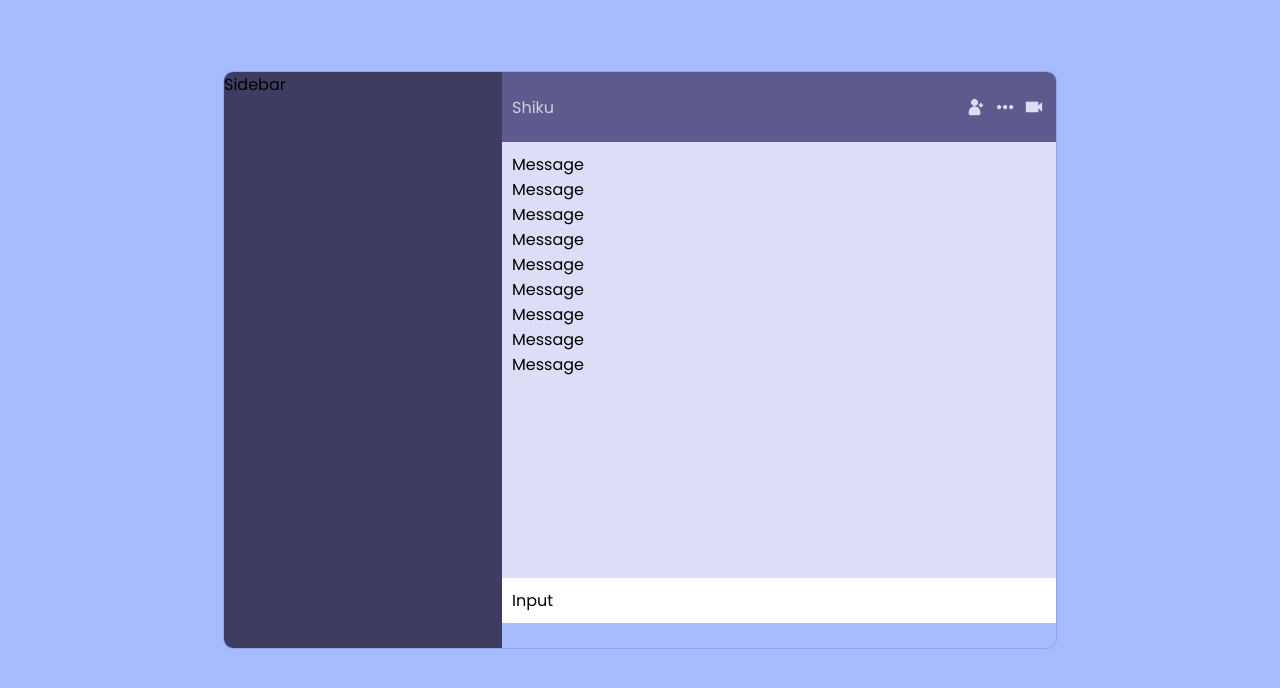
Repository: shikubro90/chatapp
Page: /
These files come from the project's save history. The page is drawn as it stood at one moment and after the next save; the edit follows.
The browser window is 1280 px wide. The pictures show the whole page.
The project was rebuilt for these pictures with package versions that can differ from the ones it lists, and the page was loaded fresh each time. Also part of the build but not shown: src/pages/Login.jsx, src/pages/Register.jsx.

Above is the page before, as saved 2022-09-14 20:21:14.

### src/App.js
import './App.css';
import Login from './pages/Login';
import Register from './pages/Register';
import Home from './pages/Home'
import './style.scss'

function App() {
  return (
    <div className="App">
      {/* <Register/> */}
      {/* <Login/> */}
      <Home/>
    </div>
  );
}

export default App;

### src/App.css
@import url(https://fonts.googleapis.com/css?family=Poppins:100,100italic,200,200italic,300,300italic,regular,italic,500,500italic,600,600italic,700,700italic,800,800italic,900,900italic);



*{
  margin: 0;
  padding: 0;
}

body,html{
  font-family: "Poppins", sans-serif, system-ui, -apple-system, BlinkMacSystemFont, 'Segoe UI', Roboto, Oxygen, Ubuntu, Cantarell, 'Open Sans', 'Helvetica Neue', sans-serif;
  box-sizing: border-box;
}


/* .App {
  text-align: center;
}

.App-logo {
  height: 40vmin;
  pointer-events: none;
}

@media (prefers-reduced-motion: no-preference) {
  .App-logo {
    animation: App-logo-spin infinite 20s linear;
  }
}

.App-header {
  background-color: #282c34;
  min-height: 100vh;
  display: flex;
  flex-direction: column;
  align-items: center;
  justify-content: center;
  font-size: calc(10px + 2vmin);
  color: white;
}

.App-link {
  color: #61dafb;
}

@keyframes App-logo-spin {
  from {
    transform: rotate(0deg);
  }
  to {
    transform: rotate(360deg);
  }
} */

### src/pages/Home.jsx
import React from 'react'
import Sidebar from '../Components/SideBar'
import ChatBar from '../Components/ChatBar'


const Home = () => {
  return (
    <div className='home'>
        <div className="container">
            <Sidebar/>
            <ChatBar/>
        </div>
    </div>
  )
}

export default Home

### src/style.scss
.formContainer{
    background-color: #a7bcff;
    height: 100vh;
    display: flex;
    align-items: center;
    justify-content: center;

    .formWrapper{

        background-color: white;
        padding: 20px 60px;
        border-radius: 10px;
        display: flex;
        flex-direction: column;
        gap: 10px;
        align-items: center;

        form{

            display: flex;
            flex-direction: column;
            gap: 15px;

            input{
                padding: 10px 10px;
                min-width: 250px;
                border: none;
                border-bottom: 1px solid #a7bcff;
                outline: none;
            }&::placeholder{
                color: rgba(175, 175, 175);
            }

            button{
                background-color: #a7bcff;
                color: white;
                padding: 10px;
                font-weight: bold;
                border: none;
                cursor: pointer;
            }

            label{
                display: flex;
                align-items: center;
                color: #8da4f1;
                gap: 10px;
                font-size: 12px;
                cursor: pointer;

                img{
                    width: 32px;
                }
            }
        }

        p{
            color: #5d5b8d;

        }

        .logo{
            color: #5d5b8d;
            font-weight: bold;
            font-size: 24px;
        }

        .title{
            color: #5d5b8d;
            font-size: 12px;
        }
    }
}


// Home page css

.home{
    background-color: #a7bcff;
    height: 100vh;
    display: flex;
    align-items: center;
    justify-content: center;

    .container{
        border: 1px solid #8da4f1;
        border-radius: 10px;
        width: 65%;
        height: 80%;
        display: flex;
        overflow: hidden;

        .sideBar{
            flex: 1;
            border-right: 1px solid #3e3c61;
            background: #3e3c61;

            .navbar{
                display: flex;
                justify-content: space-between;
                background-color: #2f2d52;
                padding: 10px;
                height: 50px;
                align-items: center;
                color: white;

                .user{
                    display: flex;
                    align-items: center;
                    gap: 10px;

                    img{
                        background: #ddddf7;
                        height: 24px;
                        width: 24px;
                        border-radius: 50%;
                        object-fit: cover;
                    }
                    button{
                        background-color: #5d5b8d;
                        color: #ddddf7;
                        font-size: 10px;
                        border: none;
                        cursor: pointer;
                        padding: 4px 6px;
                        border-radius: 2px;
                    }
                }
            }


            .search{

                border-bottom: 1px solid gray;

                .searchForm{

                    padding: 10px;

                    input{
                        color: white;
                        outline: none;
                        background-color: transparent;
                        border: none;
                        &::placeholder{
                            color: lightgray;
                        }
                    }
                }

                .userChat{
                    padding: 10px;
                    display: flex;
                    align-items: center;
                    gap: 10px;
                    color: white;
                    cursor: pointer;
                     &:hover{
                        background-color: #2f2d52;
                     }
                    img{
                        height: 50px;
                        width: 50px;
                        border-radius: 50%;
                        object-fit: cover;
                    }
                }

            }

            .chats{
                .userChat{
                    padding: 10px;
                    display: flex;
                    align-items: center;
                    gap: 10px;
                    color: white;
                    cursor: pointer;
                     &:hover{
                        background-color: #2f2d52;
                     }
                    img{
                        height: 50px;
                        width: 50px;
                        border-radius: 50%;
                        object-fit: cover;
                    }

                    .userChatInfo{
                        span{
                            font-size: 18px;
                            font-weight: 500;
                        }
                        p{
                            font-size: 14px;
                            color: lightgray;
                        }
                    }

                }
            }


        }
        .chatBar{
            flex: 2;
            .chatInfo{

                height: 50px;
                background-color: #5d5b8d;
                display: flex;
                align-items: center;
                justify-content: space-between;
                padding: 10px;
                color: lightgray;

                .chatIcon{
                    display: flex;
                    align-items: center;
                    justify-content: center;
                    gap: 5px;

                    img{
                        height: 24px;
                        color: lightgray;
                        cursor: pointer;
                    }
                }
            }
            .messages{
                background: #ddddf7;
                padding: 10px;
                height: calc(100% - 160px);
            }
            .input{
                background: white;
                padding: 10px 10px;
            }

        }
    }
}

### src/Components/SideBar.jsx
import React from 'react'

const SideBar = () => {
  return (
    <div className='sideBar'>Sidebar</div>
  )
}

export default SideBar

### src/Components/ChatBar.jsx
import add from '../img/add.png'
import more from '../img/more.png'
import cam from '../img/cam.png'
import Messages from './Messages'
import Input from './Input'

const ChatBar = () => {
  return (
    <div className="chatBar">
      <div className="chatInfo">

        <span>Shiku</span>

        <div className="chatIcon">
          <img src={add} alt="" />
          <img src={more} alt="" />
          <img src={cam} alt="" />
        </div>

      </div>

      <Messages/>
      <Input/>
    </div>
  )
}

export default ChatBar

### src/Components/Messages.jsx
import React from 'react'
import Message from './Message'

const Messages = () => {
  return (
    <div className='messages'>
      <Message/>
      <Message/>
      <Message/>
      <Message/>
      <Message/>
      <Message/>
      <Message/>
      <Message/>
      <Message/>
    </div>
  )
}

export default Messages

### src/Components/Input.jsx
import React from 'react'

const Input = () => {
  return (
    <div className='input'>Input</div>
  )
}

export default Input

Loaded but not shown: src/index.js (common file); src/Components/Message.jsx (common file)

After the next save:
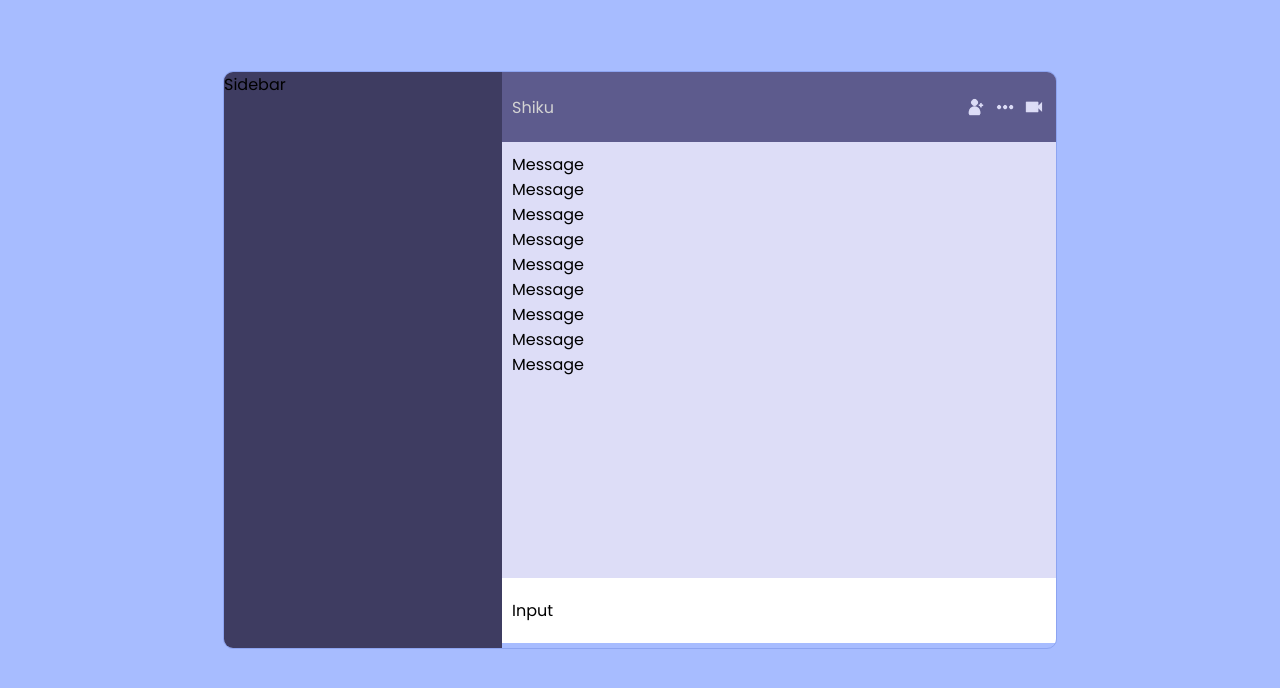
Saved 5 s later.
--- a/src/style.scss
+++ b/src/style.scss
@@ -234,7 +234,7 @@
             }
             .input{
                 background: white;
-                padding: 10px 10px;
+                padding: 20px 10px;
             }
 
         }
